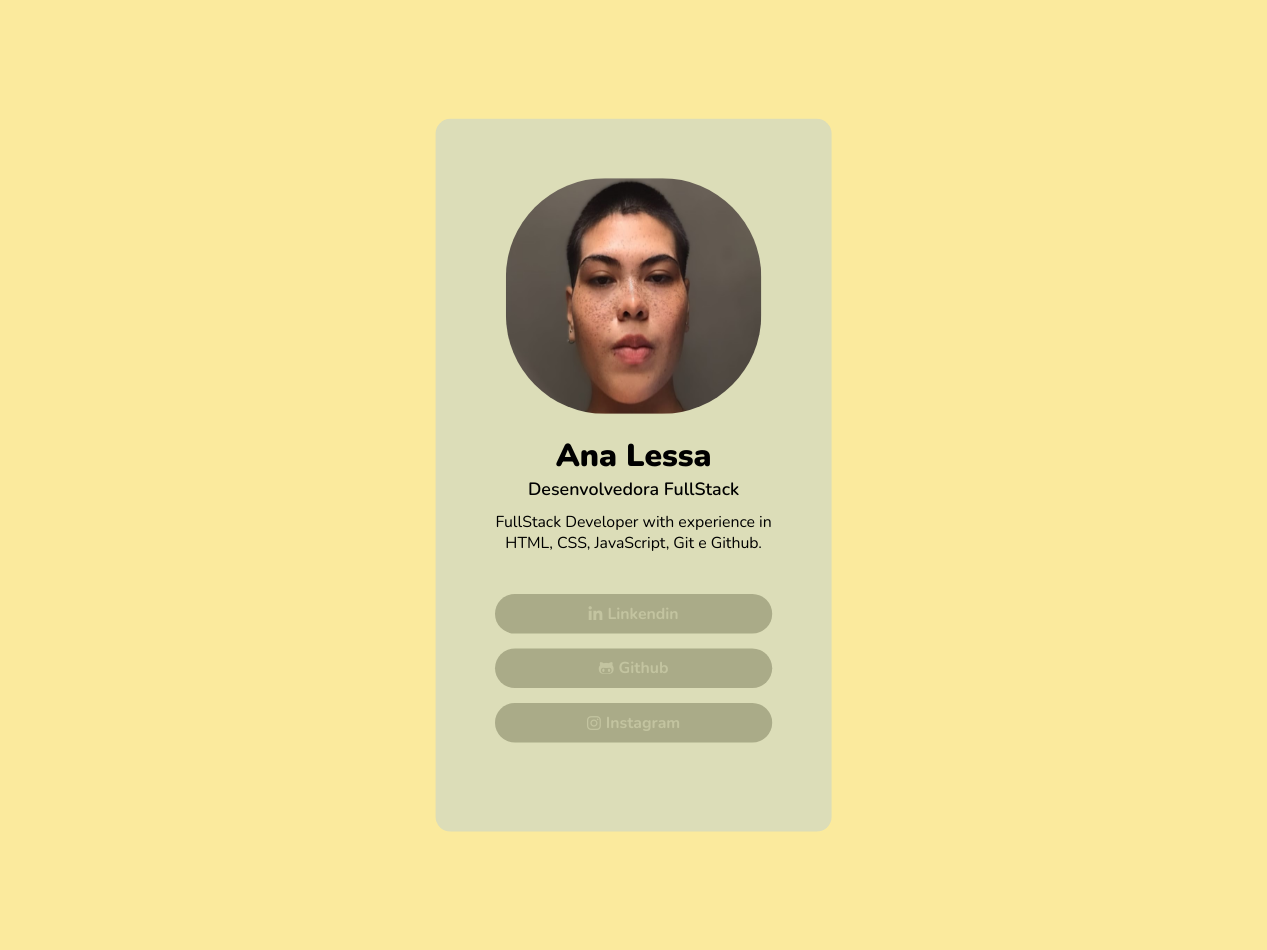
Repository: analessp/linktree
Page: index.html
The author's editor kept a copy of each file at every save. The page is drawn from the files as they stood at one save, then again after the next save.
The browser window is 1280 px wide. The pictures show the whole page, at 99% of full size.

Above is the page before, as saved 2025-04-11 11:03:31.

After the next save:
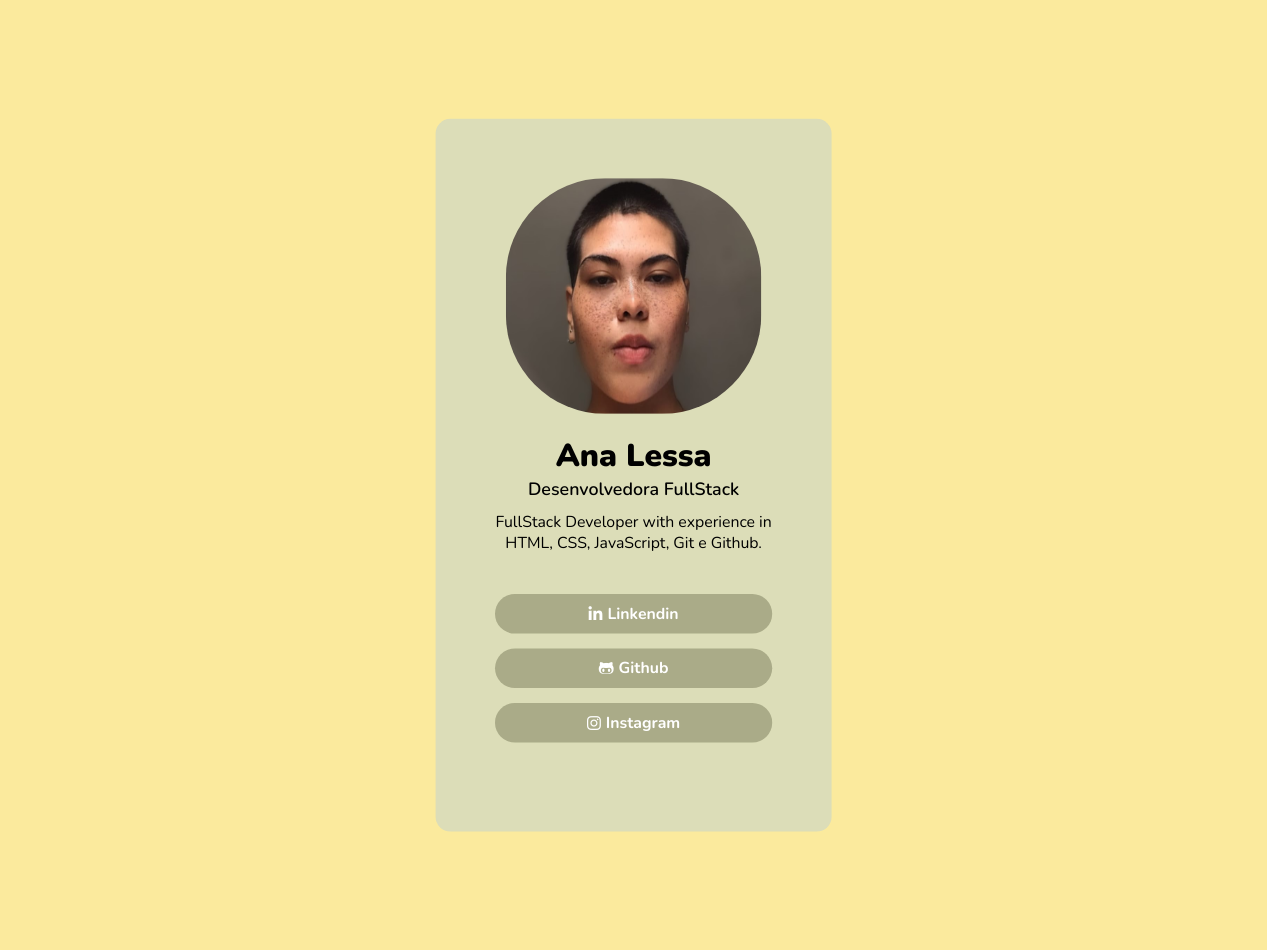
Saved 29 s later.
--- a/style.css
+++ b/style.css
@@ -46,7 +46,7 @@ margin-bottom: 10px;
 
 .container-social-links a {
     text-decoration: none;
-    color: #c3c4a0;
+    color: #fff;
 }
 
 .container-social-links {
